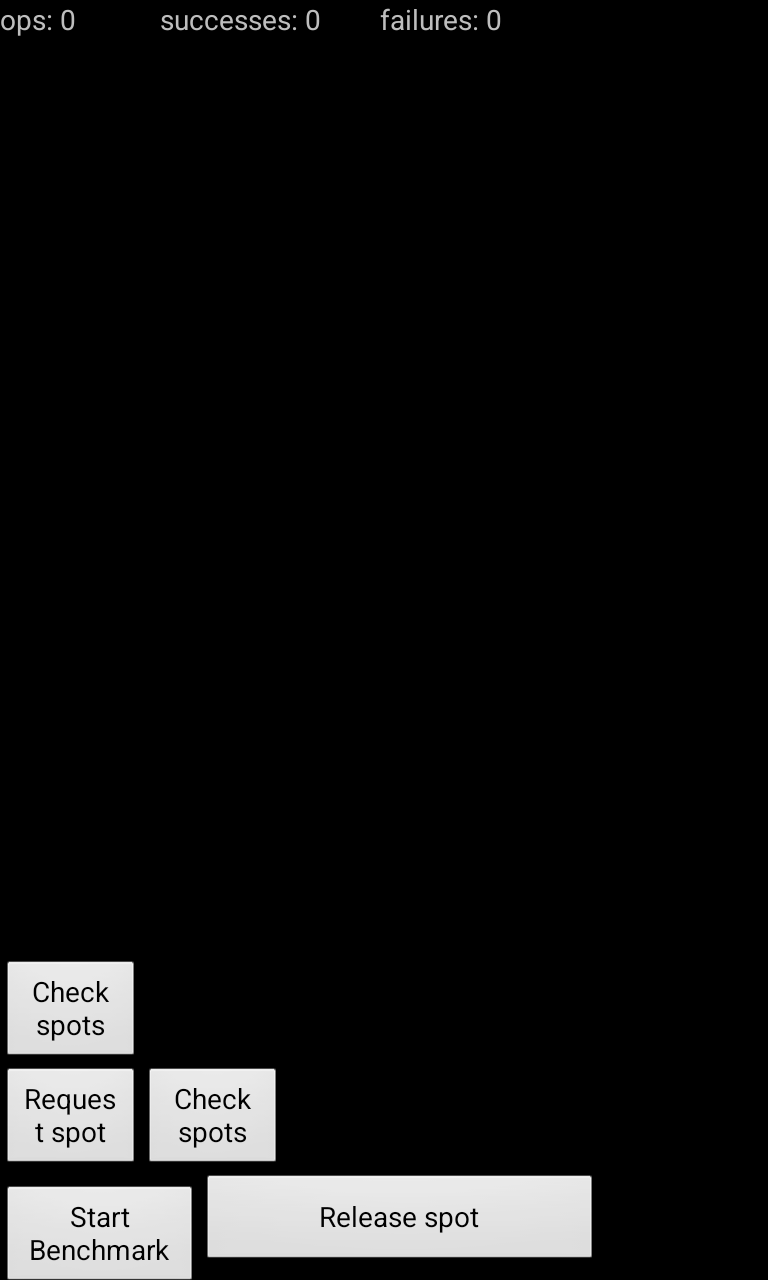
Repository: jasongao/csmcode
Layout: current/workspace/SMCloud/res/layout/main.xml
The author's editor kept a copy of each file at every save. The layout is drawn from the files as they stood at one save, then again after a run of saves.
It is drawn on a 768 x 1280 px phone screen (xhdpi) without system bars, with theme android:Theme; the app's code is not run. Lists and similar views that code fills are empty.

Above is the layout before, as saved 2011-07-14 16:15:29.

### current/workspace/SMCloud/res/layout/main.xml
<?xml version="1.0" encoding="utf-8"?>
<LinearLayout xmlns:android="http://schemas.android.com/apk/res/android"
	android:orientation="vertical" android:layout_width="fill_parent"
	android:layout_height="fill_parent">

	<LinearLayout android:layout_width="match_parent"
		android:layout_height="wrap_content" android:id="@+id/CountInfoLayout">
		<TextView android:text="ops: 0" android:layout_height="wrap_content"
			android:id="@+id/opcount_tv" android:layout_width="80dip"></TextView>
		<TextView android:text="successes: 0" android:layout_height="wrap_content"
			android:id="@+id/successcount_tv" android:layout_width="110dip"></TextView>
		<TextView android:text="failures: 0" android:layout_height="wrap_content"
			android:id="@+id/failurecount_tv" android:layout_width="90dip"></TextView>
	</LinearLayout>

	<ListView android:id="@+id/msgList" android:layout_width="fill_parent"
		android:layout_height="fill_parent" android:stackFromBottom="true"
		android:transcriptMode="alwaysScroll" android:layout_weight="1">
	</ListView>

	<LinearLayout android:layout_width="fill_parent"
		android:orientation="horizontal" android:layout_height="wrap_content"
		android:id="@+id/CheckSpotLayout">
		<Button android:layout_height="wrap_content"
			android:layout_width="71dip" android:text="Check spots" android:id="@+id/readparking_button"></Button>
	</LinearLayout>

	<LinearLayout android:layout_width="fill_parent"
		android:orientation="horizontal" android:layout_height="wrap_content"
		android:id="@+id/RequestSpotLayout">
		<Button android:layout_height="wrap_content"
			android:layout_width="71dip" android:text="Request spot"
			android:id="@+id/requestparking_button"></Button>
		<Button android:layout_height="wrap_content"
			android:layout_width="71dip" android:text="Check spots" android:id="@+id/readparking_button"></Button>
	</LinearLayout>

	<LinearLayout android:layout_width="fill_parent"
		android:orientation="horizontal" android:layout_height="wrap_content"
		android:id="@+id/RequestLayout">
		<Button android:layout_height="wrap_content"
			android:layout_width="100dip" android:text="Start Benchmark"
			android:id="@+id/testcsm_button"></Button>
		<Button android:layout_height="wrap_content"
			android:layout_width="200dip" android:text="Release spot"
			android:id="@+id/releaseparking_button"></Button>
	</LinearLayout>

</LinearLayout>

After the next 2 saves:
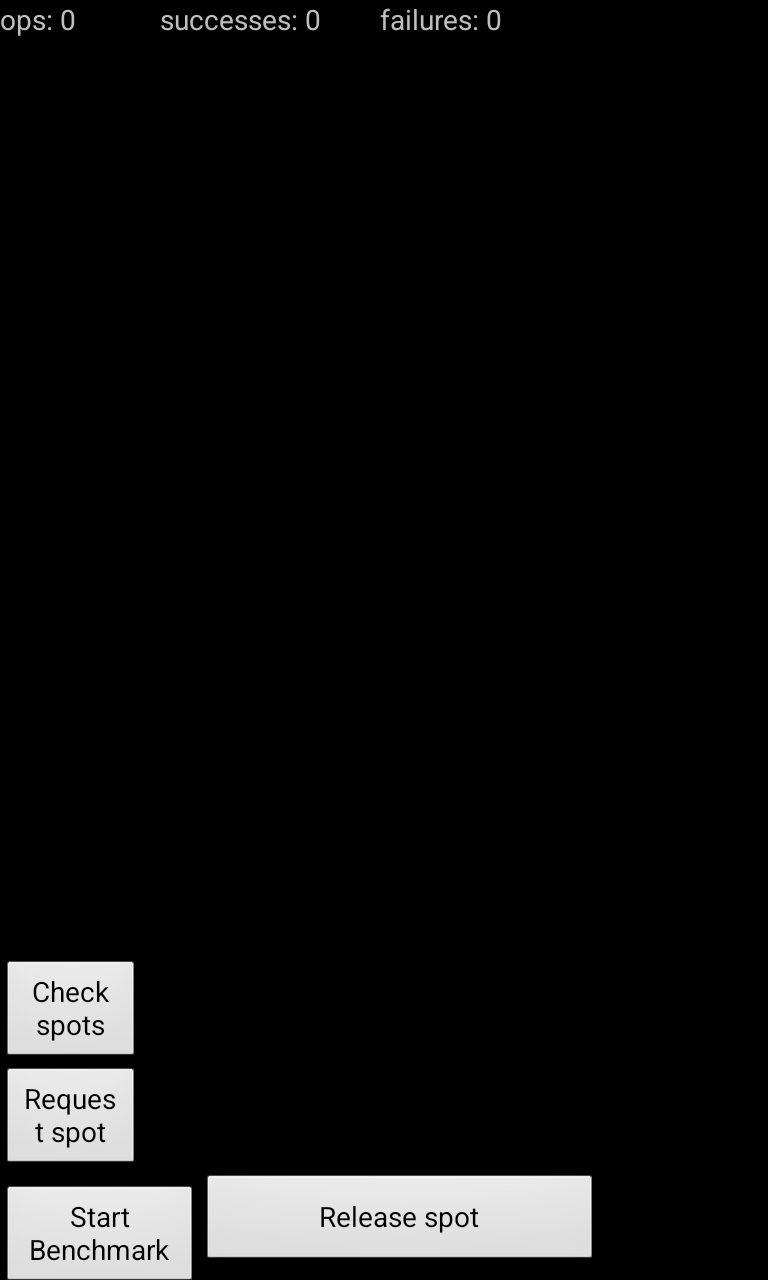
The 2 saves are shown as one change because they came seconds apart.
The last was saved 5 s later.
--- a/current/workspace/SMCloud/res/layout/main.xml
+++ b/current/workspace/SMCloud/res/layout/main.xml
@@ -31,8 +31,6 @@
 		<Button android:layout_height="wrap_content"
 			android:layout_width="71dip" android:text="Request spot"
 			android:id="@+id/requestparking_button"></Button>
-		<Button android:layout_height="wrap_content"
-			android:layout_width="71dip" android:text="Check spots" android:id="@+id/readparking_button"></Button>
 	</LinearLayout>
 
 	<LinearLayout android:layout_width="fill_parent"
